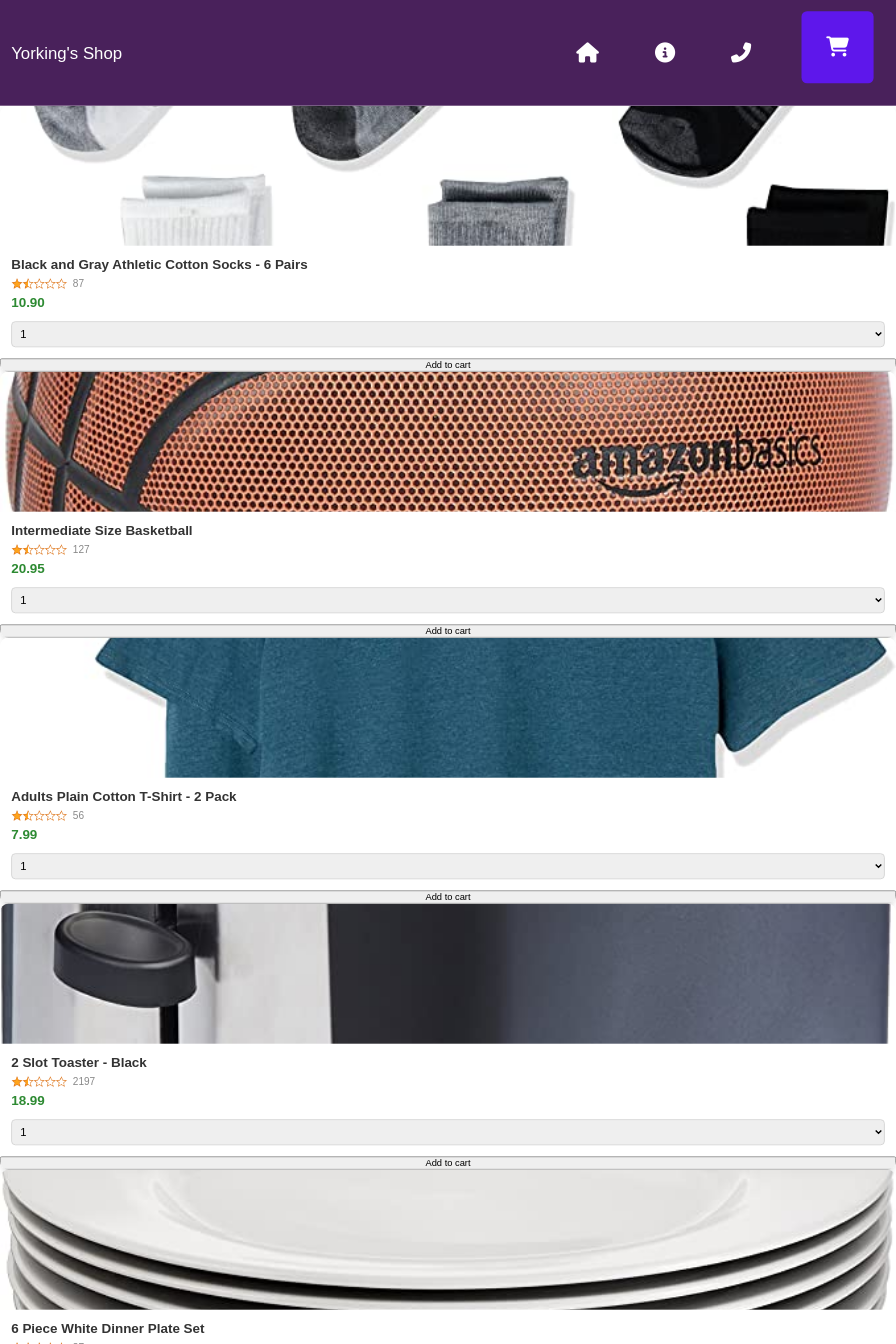
Repository: yorkings/eccomerce-website-in-js
Page: index.html
An editor plug-in stored every save of this project. The page is shown before and after the next save, followed by the edit.
The browser window is 1280 px wide. The pictures show the part of the page from y = 0 to 1920 px (the page is 15911 px tall before and 5067 px after), at 70% of full size.
Some web libraries are served in a nearby version.

Above is the page before, as saved 2025-05-24 17:06:40.

After the next save:
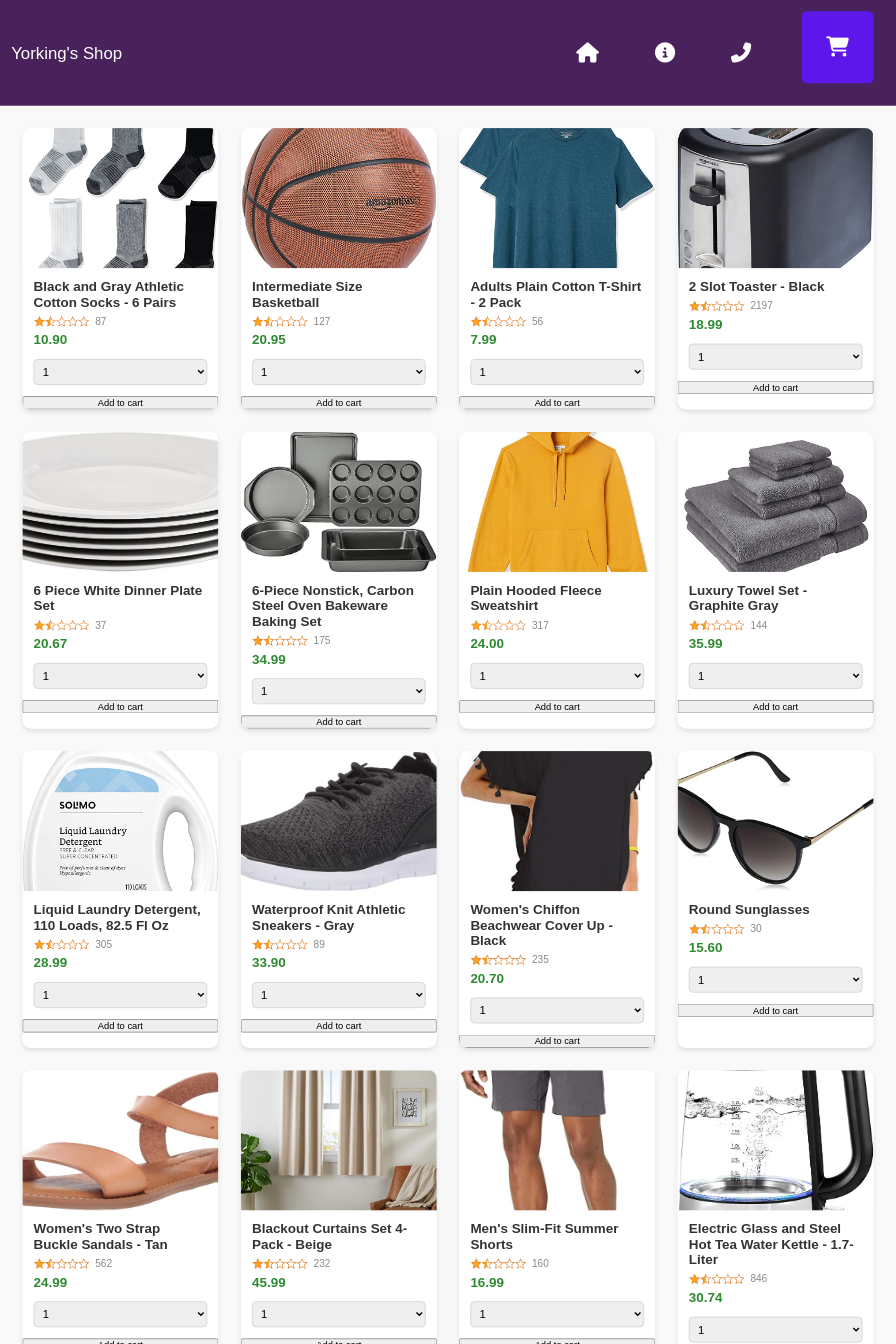
Saved 4 s later.
--- a/style.css
+++ b/style.css
@@ -53,6 +53,13 @@
     background-color: #3f9c3c;
 }
 
+.main {
+  display: grid;
+  grid-template-columns: repeat(auto-fit, minmax(250px, 1fr));
+  gap: 2rem;
+  padding: 2rem;
+  background-color: #f9f9f9;
+}
 
 .shop-container{
   display: flex;
